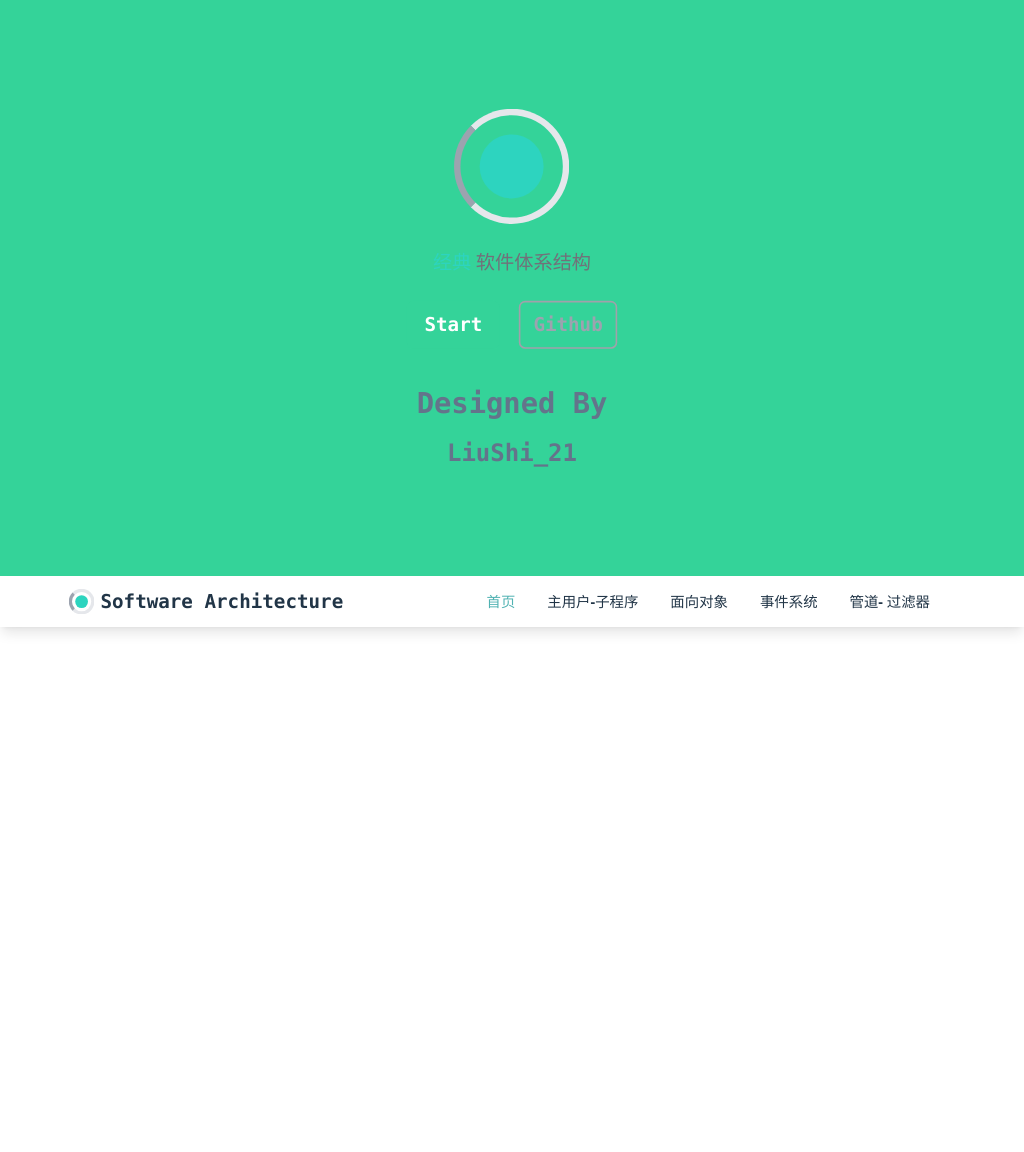
Repository: MarchRory/software_architecture_lab2
Page: / (app in lab2/)
The author's editor kept a copy of each file at every save. The page is drawn from the files as they stood at one save, then again after the next save.
The browser window is 1280 px wide. The pictures show the whole page, at 80% of full size.
The project was rebuilt for these pictures with package versions that can differ from the ones it lists, and the page was loaded fresh each time. Also part of the build but not shown: lab2/vite.config.ts. Imported but missing from the stored project, and not drawn on this page: lab2/src/views/OOP/index.vue, lab2/src/views/PipFilter/index.vue, lab2/src/views/eventsSys/index.vue, lab2/src/views/mainChild/index.vue.

Above is the page before, as saved 2023-11-17 22:16:31.

After the next save:
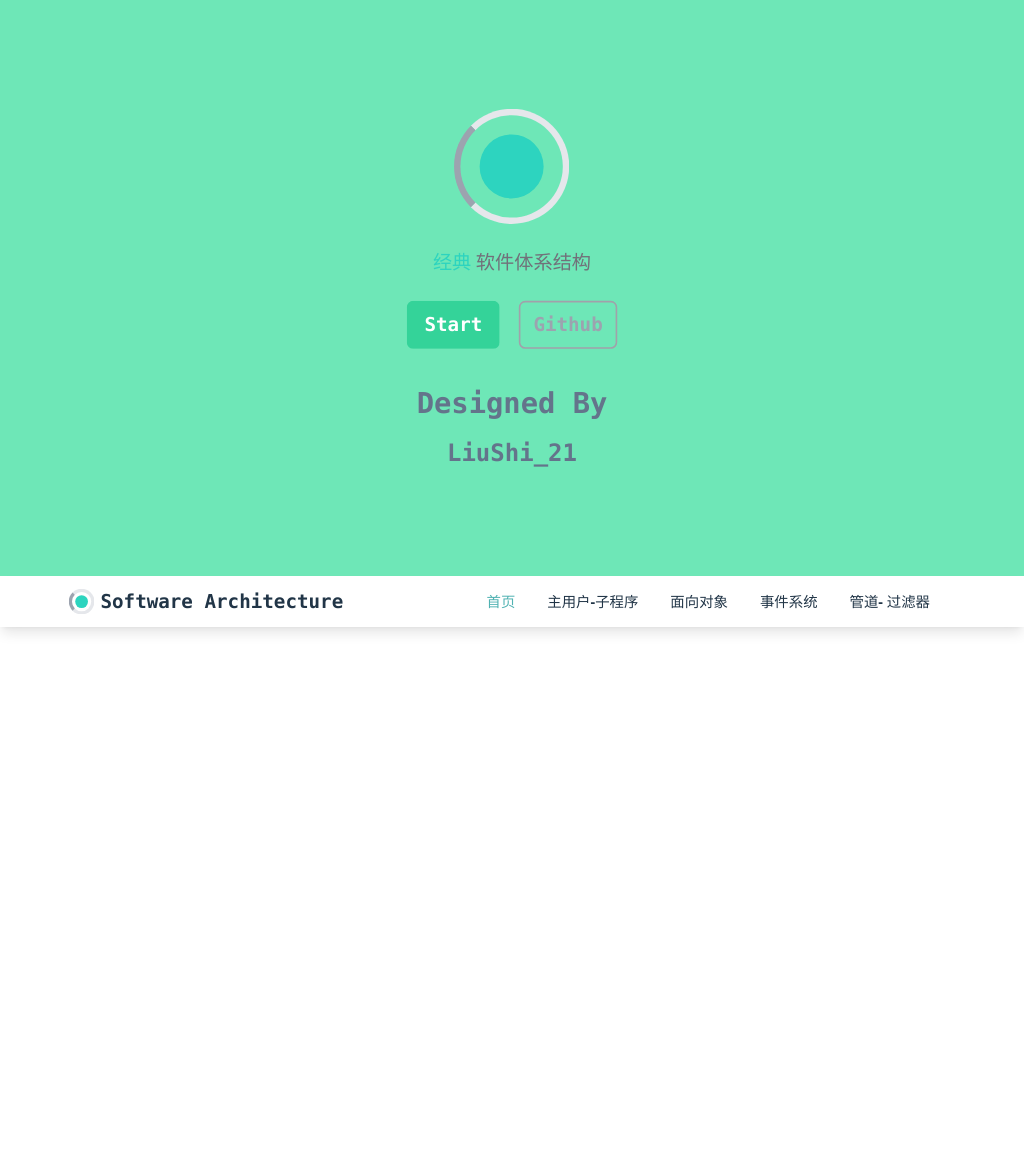
Saved 4 s later.
--- a/lab2/src/components/FELoading/index.vue
+++ b/lab2/src/components/FELoading/index.vue
@@ -6,6 +6,6 @@
 
 <style scoped>
 	.FE {
-		@apply w-full h-full bg-emerald-400;
+		@apply w-full h-full bg-emerald-300;
 	}
 </style>
